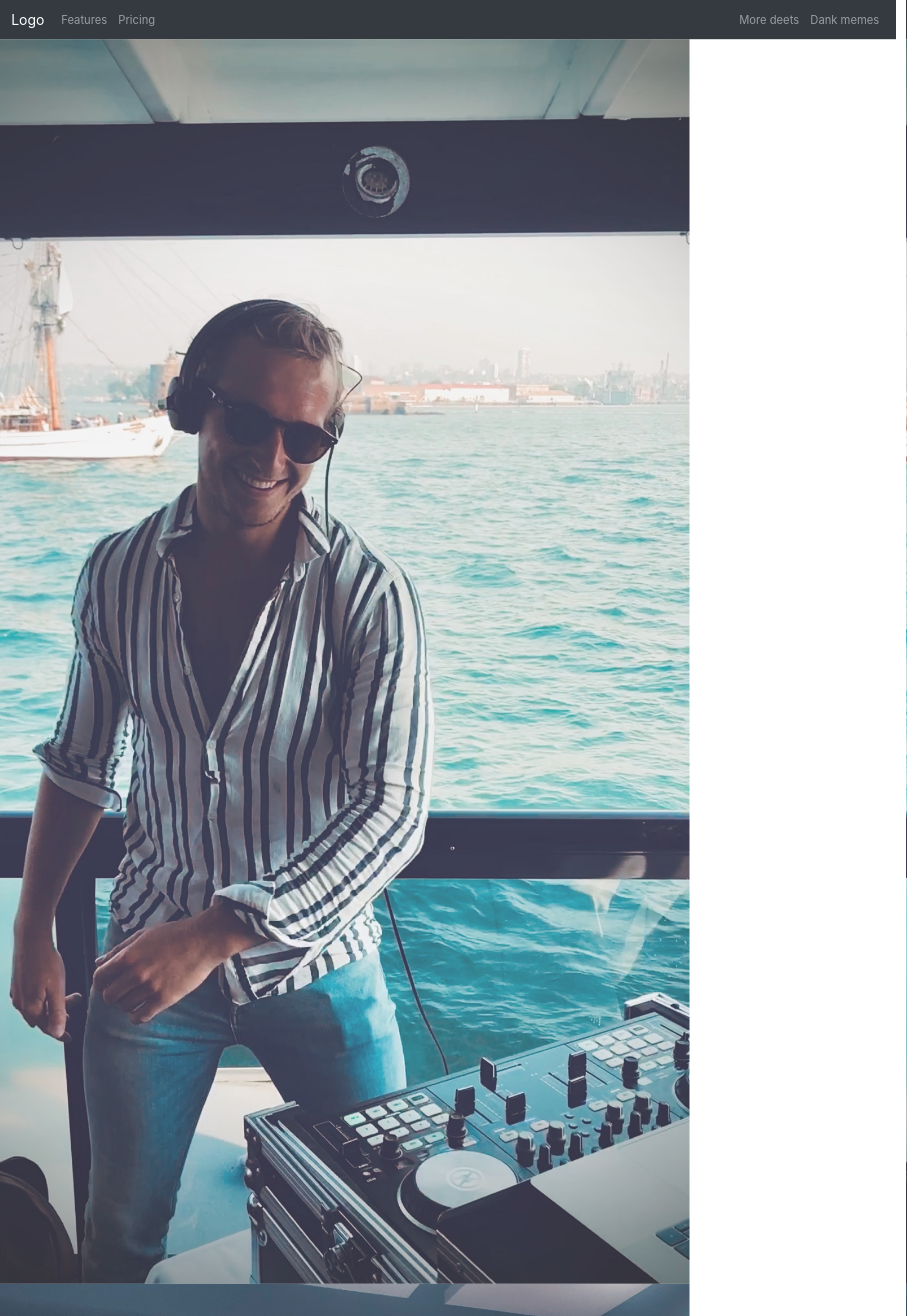
Repository: schweizercode/schweezzy
Page: /
An editor plug-in stored every save of this project. The page is shown before and after the next save, followed by the edit.
The browser window is 1280 px wide. The page is 1295 px wide, so the pictures cover 1295 px, including what lies to the right of the window. The pictures show the part of the page from y = 0 to 1880 px (the page is 2958 px tall), at 70% of full size.
The project was rebuilt for these pictures with package versions that can differ from the ones it lists, and the page was loaded fresh each time.

Above is the page before, as saved 2021-04-14 13:51:32.

After the next save:
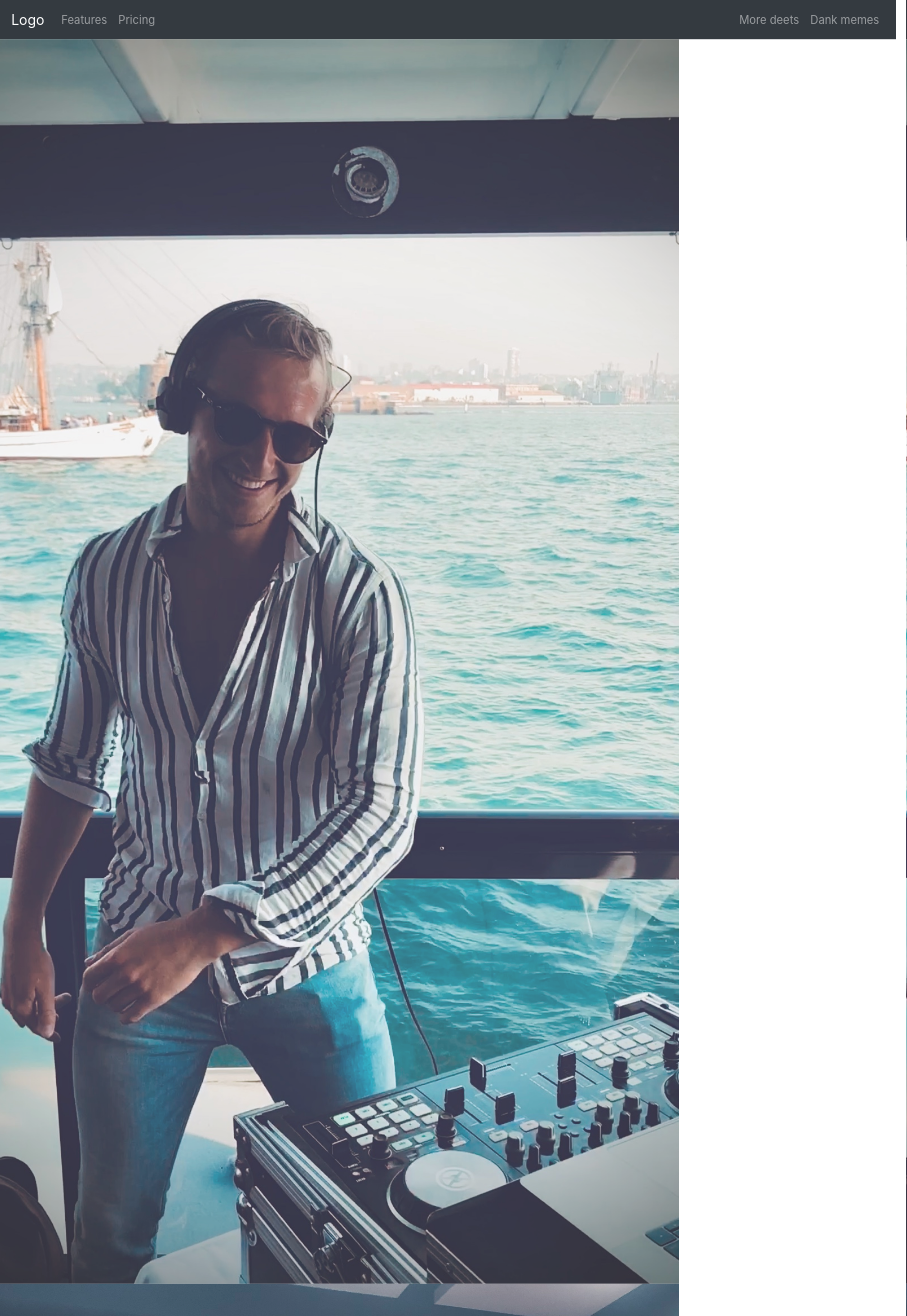
Saved 22 s later.
--- a/src/Mainpage.js
+++ b/src/Mainpage.js
@@ -9,12 +9,12 @@ function Mainpage() {
     return (
 
         <div class='row'>
-            <div class='column'>
+            <div class='row'>
                 <img src={img1} alt="" style={{ width: '1000px', float: 'left', opacity: '0.8' }} />
 
             </div>
 
-            <div class='column'>
+            <div class='row'>
                 <img src={img2} alt="" style={{ width: '1000px', float: 'right', opacity: '0.8' }} />
             </div>
         </div>
